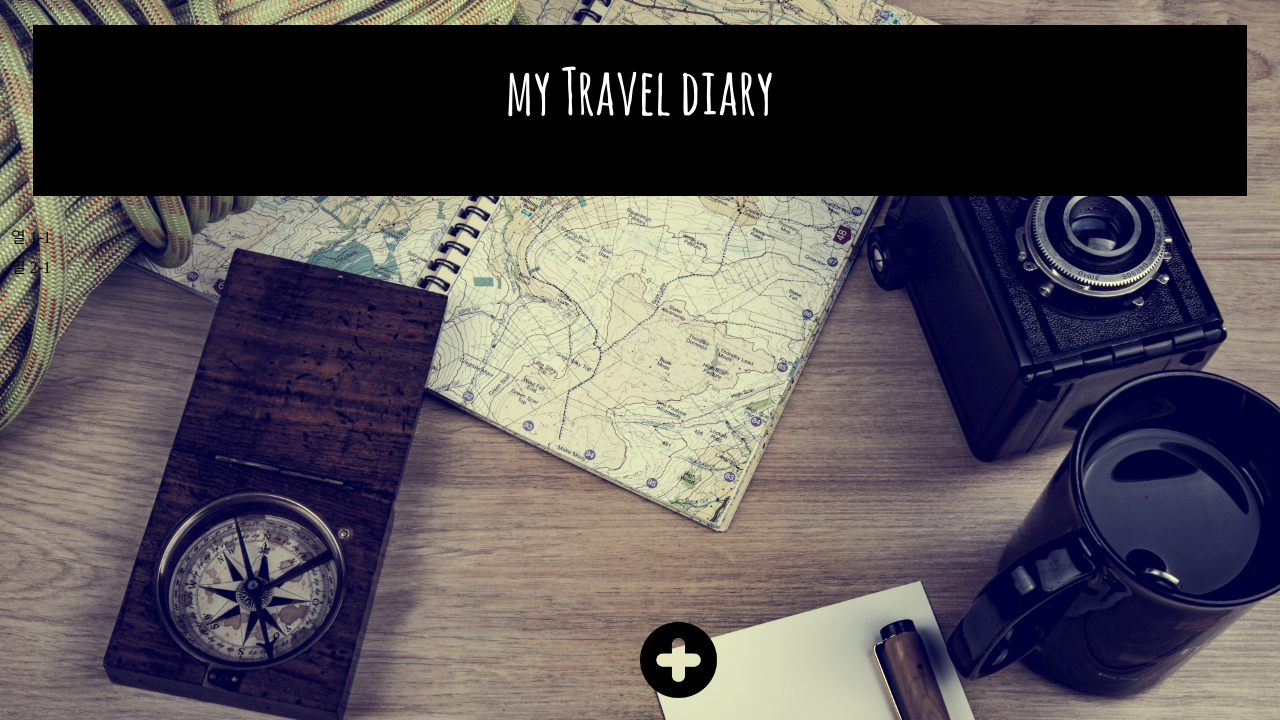
Repository: minkyung0421/jsp_travel_project
Page: http://localhost/Travel_Project/
The author's editor kept a copy of each file at every save. The page is drawn from the files as they stood at one save, then again after the next save.
The browser window is 1280 px wide. The pictures show the whole page.
The page is served by Tomcat 9.

Above is the page before, as saved 2018-08-21 05:24:31.

After the next save:
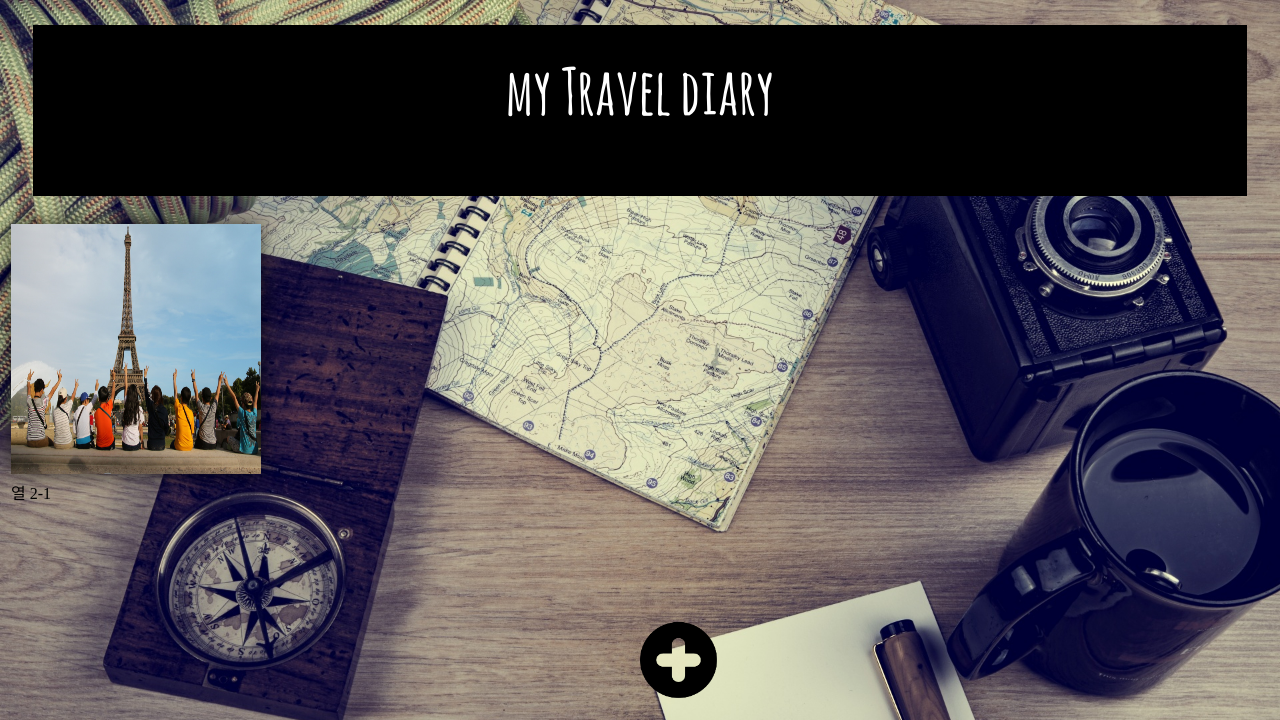
Saved 18 s later.
--- a/jsp_travel_project/Travel_Project/WebContent/index.jsp
+++ b/jsp_travel_project/Travel_Project/WebContent/index.jsp
@@ -77,7 +77,7 @@ table{
 </style>
 <div id="table">
 <div class="row">
-<span class="cell col1">열 1-1</span>
+<span class="cell col1"><img src = "image/2.jpg" width = "250" height = "250" class = "effect" id = "img1"></span>
 </div>
 
 <div class="row">
